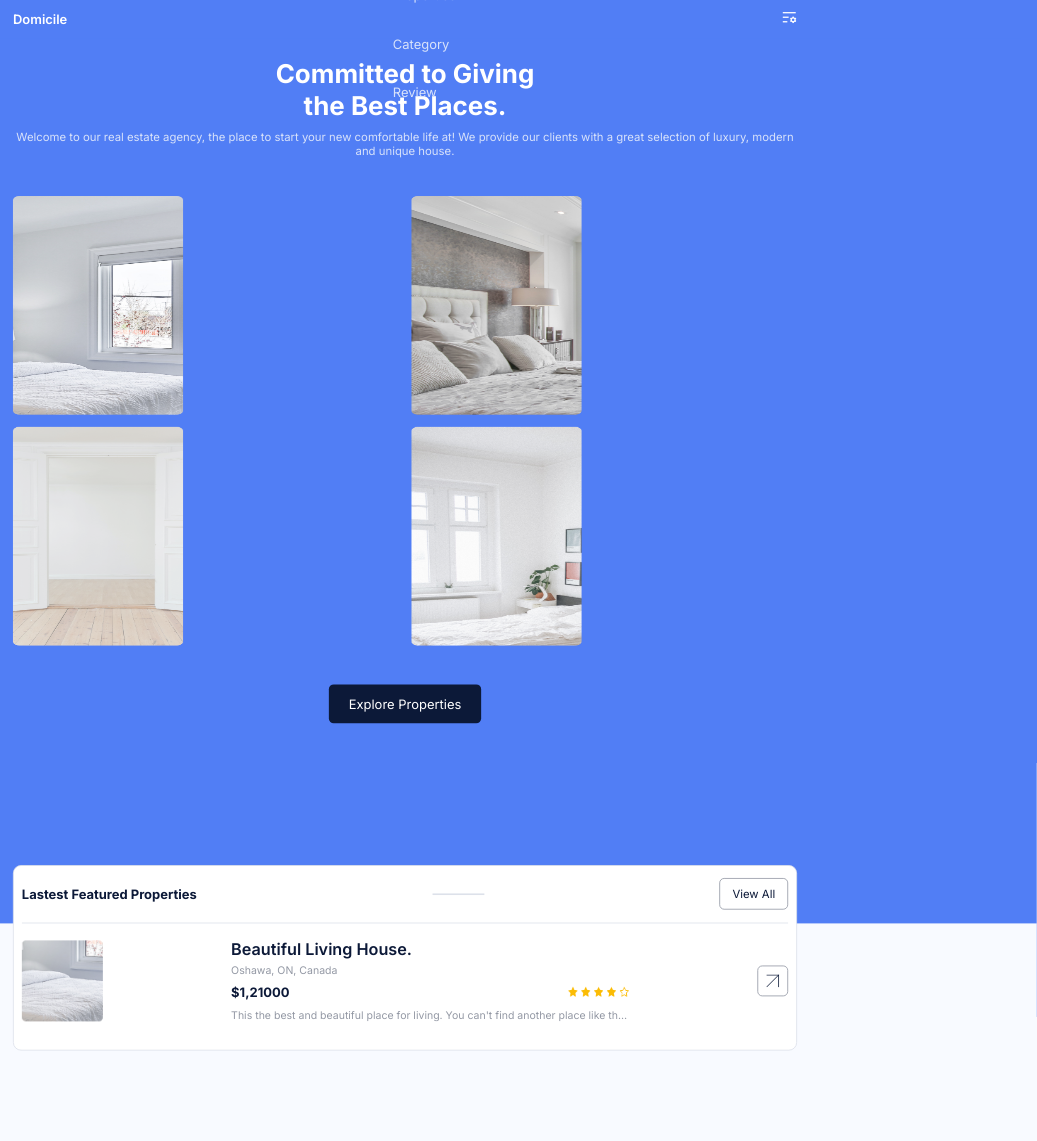
Repository: haokiet2501/domicile-real-estate
Page: index.html
These files come from the project's save history. The page is drawn as it stood at one moment and after a run of saves; the edit follows.
The browser window is 1280 px wide. The pictures show the whole page, at 81% of full size.
The style sheet was rebuilt from its Sass, Less or Tailwind sources for each picture, by a compiler version that may differ from the author's.

Above is the page before, as saved 2022-06-11 16:40:49.

After the next 2 saves:
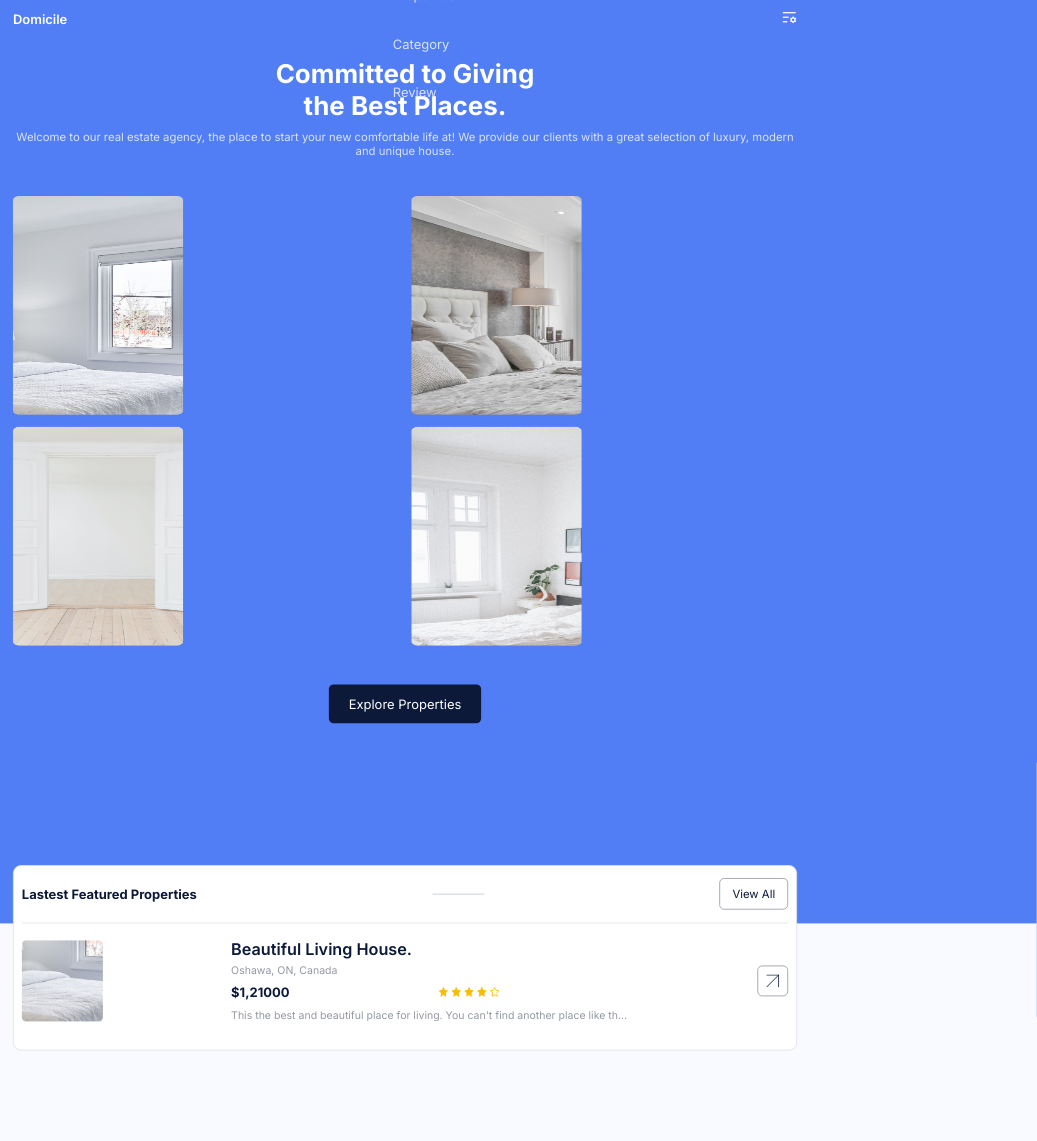
The 2 saves are shown as one change because they came seconds apart.
The last was saved 6 s later.
--- a/sass/main/_main.scss
+++ b/sass/main/_main.scss
@@ -249,6 +249,7 @@
                 position: relative;
                 width: 76px;
                 height: 14px;
+                left: -10rem;
             }
         }
 
